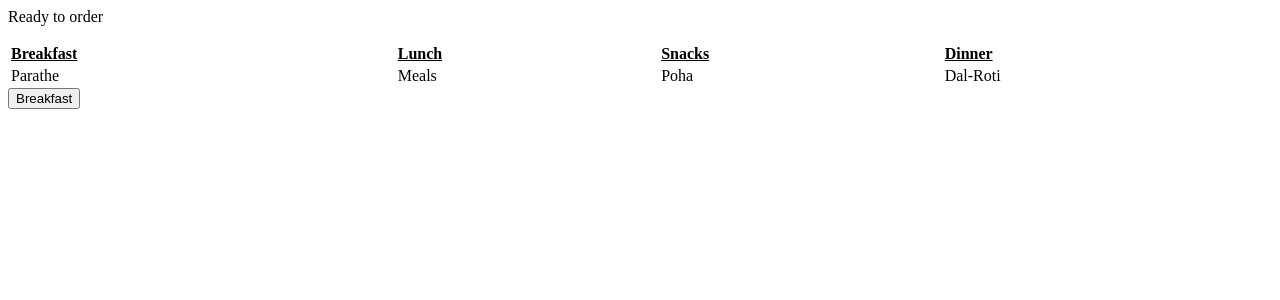
Repository: agarwaljayant7/JavaStuffs
Page: BillingSystem/HotelBillingSystem/WebContent/Menu.html
These files come from the project's save history. The page is drawn as it stood at one moment and after the next save; the edit follows.
The browser window is 1280 px wide. The pictures show the whole page.

Above is the page before, as saved 2019-12-26 16:49:12.

### BillingSystem/HotelBillingSystem/WebContent/Menu.html
<html>
<head>
<script type="text/javascript" src="Breakfast.js"></script>
</head>
<body>
<p>Ready to order</p>
<form>

<table style="width:100%">
  <tr>
    <td><b><u>Breakfast</u></b></td>
    <td><b><u>Lunch</u></b></td>
    <td><b><u>Snacks</u></b></td>
    <td><b><u>Dinner</u></b></td>
  </tr>
  <tr>
    <td>Parathe</td>
    <td>Meals</td>
    <td>Poha</td>
    <td>Dal-Roti</td>
  </tr>
</table>


<input type="button" value="Breakfast" onclick="breakfast()"/>
</form>
</body>
</html>

### BillingSystem/HotelBillingSystem/WebContent/Breakfast.js

function breakfast(){
 //alert("cooking breakfast");


}

After the next save:
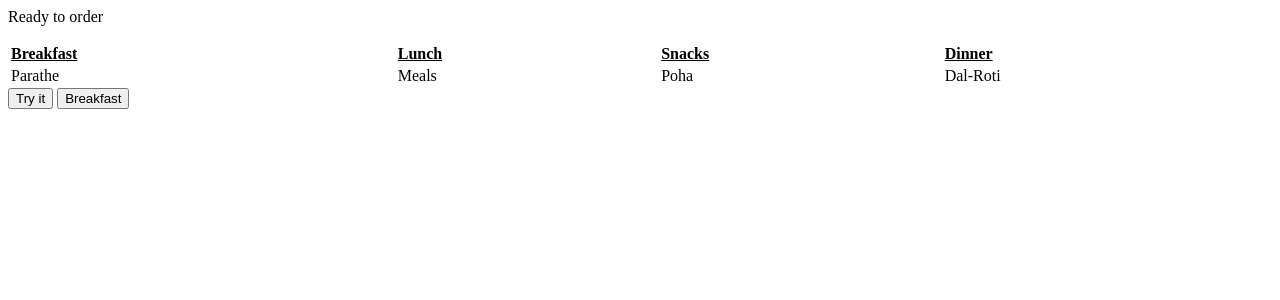
Saved 71 s later.
--- a/BillingSystem/HotelBillingSystem/WebContent/Menu.html
+++ b/BillingSystem/HotelBillingSystem/WebContent/Menu.html
@@ -21,6 +21,16 @@
   </tr>
 </table>
 
+<button onclick="myFunction()">Try it</button>
+
+<script>
+function myFunction() {
+  var x = document.createElement("INPUT");
+  x.setAttribute("type", "checkbox");
+  document.body.appendChild(x);
+}
+</script>
+
 
 <input type="button" value="Breakfast" onclick="breakfast()"/>
 </form>
